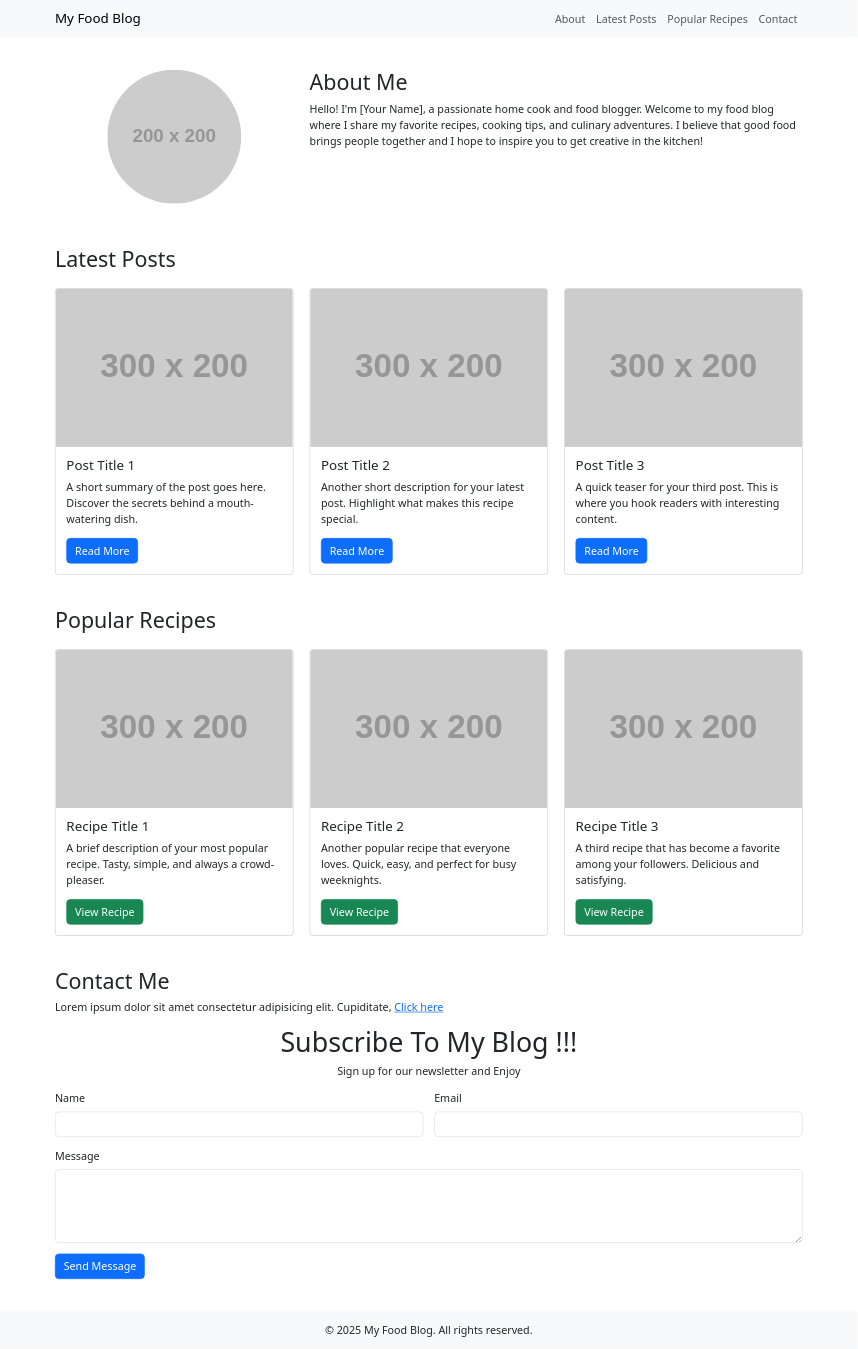
Repository: arunyerram/Web-TEChnologies
Page: 15.03.2025.html
An editor plug-in stored every save of this project. The page is shown before and after a run of saves, followed by the edit.
The browser window is 1280 px wide. The pictures show the whole page, at 67% of full size.

Above is the page before, as saved 2025-03-19 11:25:13.

### 15.03.2025.html
<!DOCTYPE html>
<html lang="en">
<head>
  <meta charset="UTF-8" />
  <meta name="viewport" content="width=device-width, initial-scale=1" />
  <title>My Food Blog</title>
  <!-- Bootstrap 5 CSS -->
  <link
    href="https://cdn.jsdelivr.net/npm/bootstrap@5.3.0/dist/css/bootstrap.min.css"
    rel="stylesheet"
  />
</head>
<body>

  <!-- ======= Header / Navbar ======= -->
  <header>
    <nav class="navbar navbar-expand-lg navbar-light bg-light">
      <div class="container">
        <a class="navbar-brand" href="#">My Food Blog</a>
        <button
          class="navbar-toggler"
          type="button"
          data-bs-toggle="collapse"
          data-bs-target="#navbarSupportedContent"
          aria-controls="navbarSupportedContent"
          aria-expanded="false"
          aria-label="Toggle navigation"
        >
          <span class="navbar-toggler-icon"></span>
        </button>

        <div class="collapse navbar-collapse" id="navbarSupportedContent">
          <ul class="navbar-nav ms-auto mb-2 mb-lg-0">
            <li class="nav-item">
              <a class="nav-link" href="#about">About</a>
            </li>
            <li class="nav-item">
              <a class="nav-link" href="#latest-posts">Latest Posts</a>
            </li>
            <li class="nav-item">
              <a class="nav-link" href="#popular-recipes">Popular Recipes</a>
            </li>
            <li class="nav-item">
              <a class="nav-link" href="#contact">Contact</a>
            </li>
          </ul>
        </div>
      </div>
    </nav>
  </header>

  <!-- ======= Main Content ======= -->
  <main class="container my-5">

    <!-- About Section -->
    <section id="about" class="mb-5">
      <div class="row">
        <div class="col-md-4 text-center">
          <!-- Replace with your own image -->
          <img
            src="https://via.placeholder.com/200"
            alt="Author"
            class="img-fluid rounded-circle mb-3"
          />
        </div>
        <div class="col-md-8">
          <h2>About Me</h2>
          <p>
            Hello! I'm [Your Name], a passionate home cook and food blogger.
            Welcome to my food blog where I share my favorite recipes,
            cooking tips, and culinary adventures. I believe that good food
            brings people together and I hope to inspire you to get creative
            in the kitchen!
          </p>
        </div>
      </div>
    </section>

    <!-- Latest Blog Posts -->
    <section id="latest-posts" class="mb-5">
      <h2 class="mb-4">Latest Posts</h2>
      <div class="row row-cols-1 row-cols-md-3 g-4">
        <!-- Card 1 -->
        <div class="col">
          <div class="card">
            <img
              src="https://via.placeholder.com/300x200"
              class="card-img-top"
              alt="Post Image 1"
            />
            <div class="card-body">
              <h5 class="card-title">Post Title 1</h5>
              <p class="card-text">
                A short summary of the post goes here. Discover the secrets
                behind a mouth-watering dish.
              </p>
              <a href="#" class="btn btn-primary">Read More</a>
            </div>
          </div>
        </div>
        <!-- Card 2 -->
        <div class="col">
          <div class="card">
            <img
              src="https://via.placeholder.com/300x200"
              class="card-img-top"
              alt="Post Image 2"
            />
            <div class="card-body">
              <h5 class="card-title">Post Title 2</h5>
              <p class="card-text">
                Another short description for your latest post. Highlight
                what makes this recipe special.
              </p>
              <a href="#" class="btn btn-primary">Read More</a>
            </div>
          </div>
        </div>
        <!-- Card 3 -->
        <div class="col">
          <div class="card">
            <img
              src="https://via.placeholder.com/300x200"
              class="card-img-top"
              alt="Post Image 3"
            />
            <div class="card-body">
              <h5 class="card-title">Post Title 3</h5>
              <p class="card-text">
                A quick teaser for your third post. This is where you hook
                readers with interesting content.
              </p>
              <a href="#" class="btn btn-primary">Read More</a>
            </div>
          </div>
        </div>
      </div>
    </section>

    <!-- Popular Recipes -->
    <section id="popular-recipes" class="mb-5">
      <h2 class="mb-4">Popular Recipes</h2>
      <div class="row row-cols-1 row-cols-md-3 g-4">
        <!-- Recipe Card 1 -->
        <div class="col">
          <div class="card">
            <img
              src="https://via.placeholder.com/300x200"
              class="card-img-top"
              alt="Recipe Image 1"
            />
            <div class="card-body">
              <h5 class="card-title">Recipe Title 1</h5>
              <p class="card-text">
                A brief description of your most popular recipe. Tasty,
                simple, and always a crowd-pleaser.
              </p>
              <a href="#" class="btn btn-success">View Recipe</a>
            </div>
          </div>
        </div>
        <!-- Recipe Card 2 -->
        <div class="col">
          <div class="card">
            <img
              src="https://via.placeholder.com/300x200"
              class="card-img-top"
              alt="Recipe Image 2"
            />
            <div class="card-body">
              <h5 class="card-title">Recipe Title 2</h5>
              <p class="card-text">
                Another popular recipe that everyone loves. Quick, easy, and
                perfect for busy weeknights.
              </p>
              <a href="#" class="btn btn-success">View Recipe</a>
            </div>
          </div>
        </div>
        <!-- Recipe Card 3 -->
        <div class="col">
          <div class="card">
            <img
              src="https://via.placeholder.com/300x200"
              class="card-img-top"
              alt="Recipe Image 3"
            />
            <div class="card-body">
              <h5 class="card-title">Recipe Title 3</h5>
              <p class="card-text">
                A third recipe that has become a favorite among your
                followers. Delicious and satisfying.
              </p>
              <a href="#" class="btn btn-success">View Recipe</a>
            </div>
          </div>
        </div>
      </div>
    </section>

    <!-- Contact Section -->
    <section id="contact">
      <h2 >Contact Me</h2>
      <p>Lorem ipsum dolor sit amet consectetur adipisicing elit. Cupiditate, <a href="#">Click here</a></p>
    </section>


    <section>
      <h1 style="text-align : center"> Subscribe To My Blog !!!</h1>
      <p style="text-align : center">Sign up for our newsletter and Enjoy </p>
      <form class="row g-3 needs-validation" novalidate>
        <div class="col-md-6">
          <label for="name" class="form-label">Name</label>
          <input
            type="text"
            class="form-control"
            id="name"
            required
          />
          <div class="invalid-feedback">
            Please provide your name.
          </div>
        </div>
        <div class="col-md-6">
          <label for="email" class="form-label">Email</label>
          <input
            type="email"
            class="form-control"
            id="email"
            required
          />
          <div class="invalid-feedback">
            Please provide a valid email address.
          </div>
        </div>
        <div class="col-12">
          <label for="message" class="form-label">Message</label>
          <textarea
            class="form-control"
            id="message"
            rows="4"
            required
          ></textarea>
          <div class="invalid-feedback">
            Please enter your message.
          </div>
        </div>
        <div class="col-12 center">
          <button class="btn btn-primary" type="submit">Send Message</button>
        </div>
      </form>
    </section>

  </main>

  <!-- ======= Footer ======= -->
  <footer class="bg-light text-center py-3">
    <p class="mb-0">&copy; 2025 My Food Blog. All rights reserved.</p>
  </footer>

  <!-- Bootstrap 5 JS (Popper + Bootstrap) -->
  <script
    src="https://cdn.jsdelivr.net/npm/bootstrap@5.3.0/dist/js/bootstrap.bundle.min.js"
  ></script>

  <!-- Form Validation Script -->
  <script>
    (function () {
      'use strict';
      const forms = document.querySelectorAll('.needs-validation');
      Array.prototype.slice.call(forms).forEach(function (form) {
        form.addEventListener('submit', function (event) {
          if (!form.checkValidity()) {
            event.preventDefault();
            event.stopPropagation();
          }
          form.classList.add('was-validated');
        }, false);
      });
    })();
  </script>
</body>
</html>

After the next 2 saves:
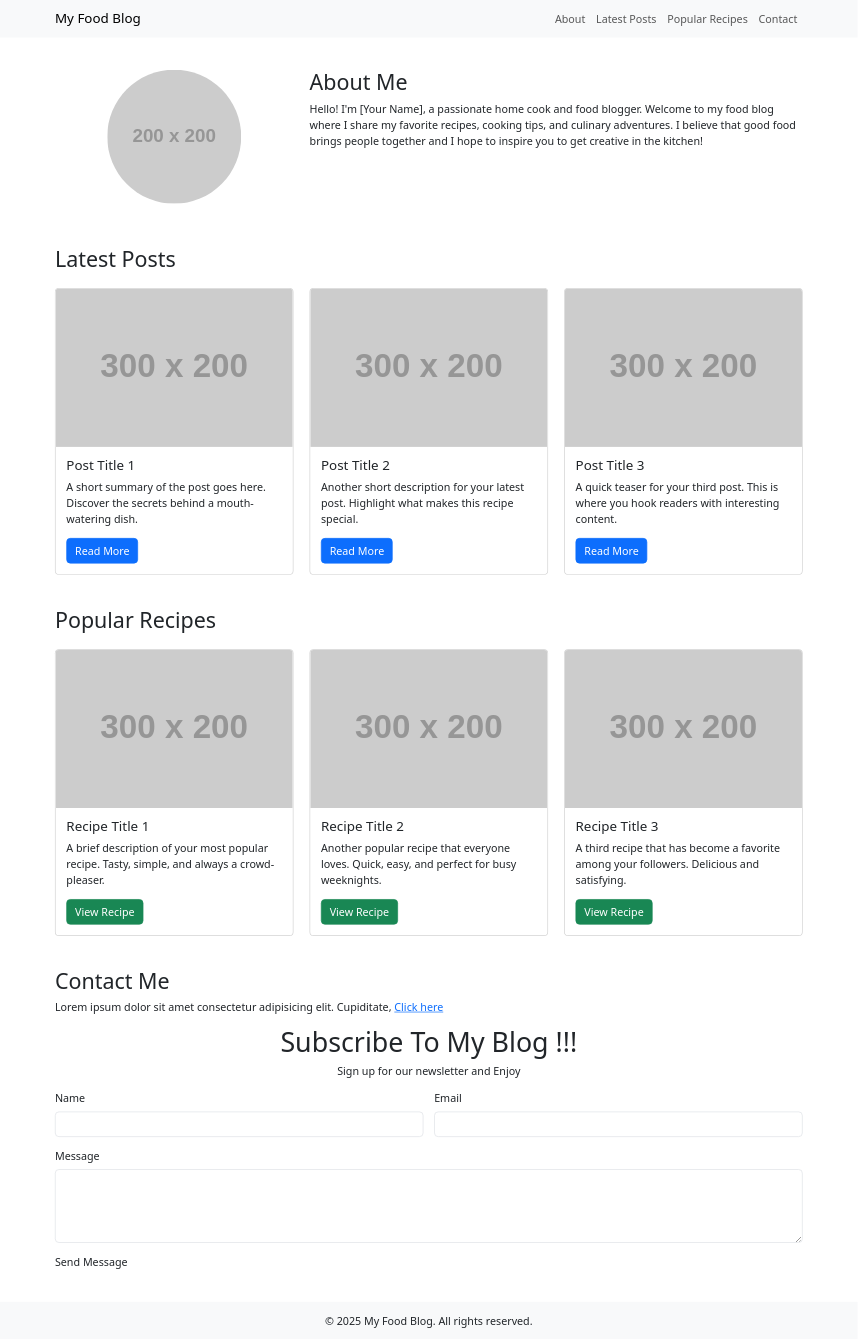
The 2 saves are shown as one change because they came seconds apart.
The last was saved 8 s later.
--- a/15.03.2025.html
+++ b/15.03.2025.html
@@ -245,7 +245,7 @@
             Please enter your message.
           </div>
         </div>
-        <div class="col-12 center">
+        <div class="col-12>
           <button class="btn btn-primary" type="submit">Send Message</button>
         </div>
       </form>

After the save that followed:
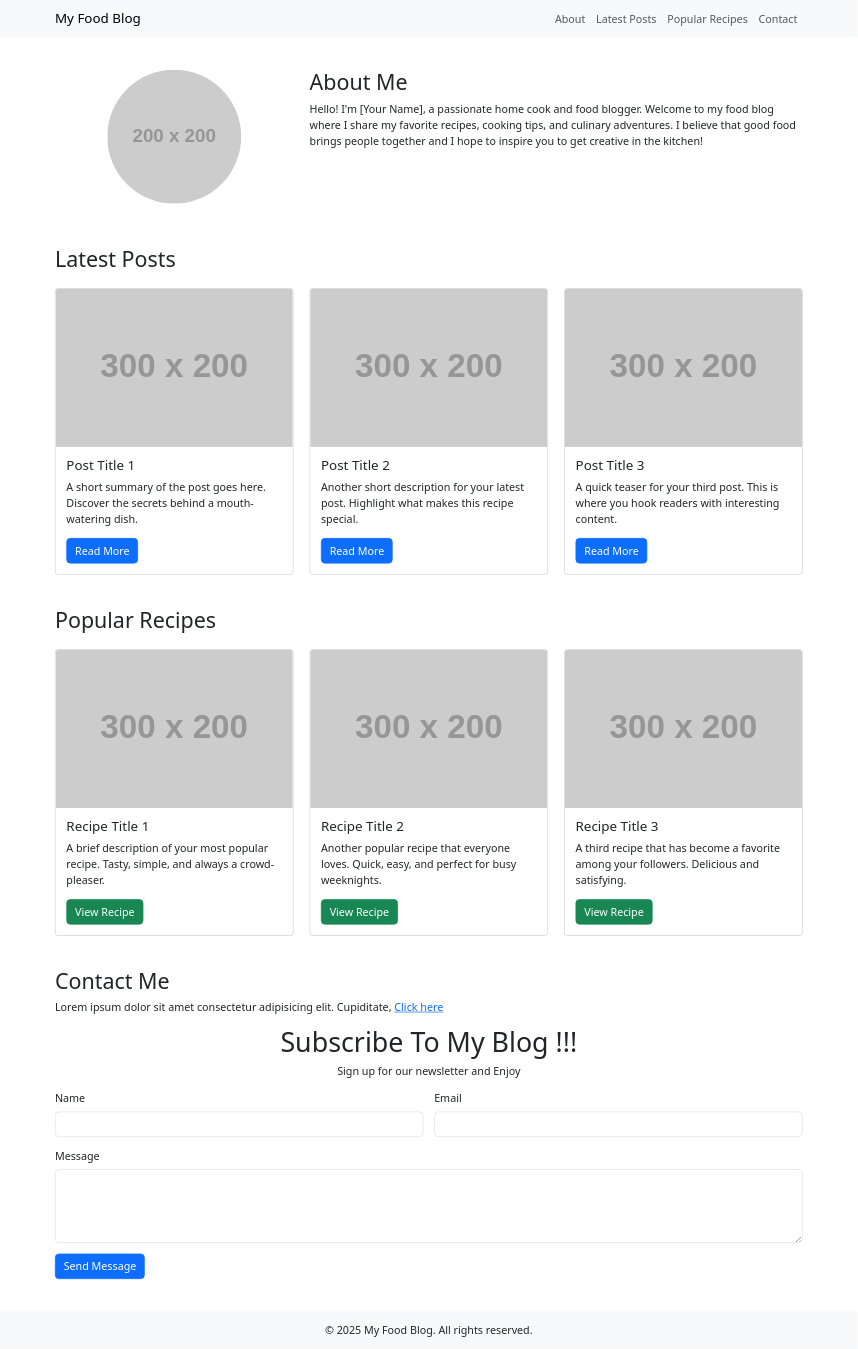
Saved 8 s later.
--- a/15.03.2025.html
+++ b/15.03.2025.html
@@ -245,7 +245,7 @@
             Please enter your message.
           </div>
         </div>
-        <div class="col-12>
+        <div class="col-12">
           <button class="btn btn-primary" type="submit">Send Message</button>
         </div>
       </form>
